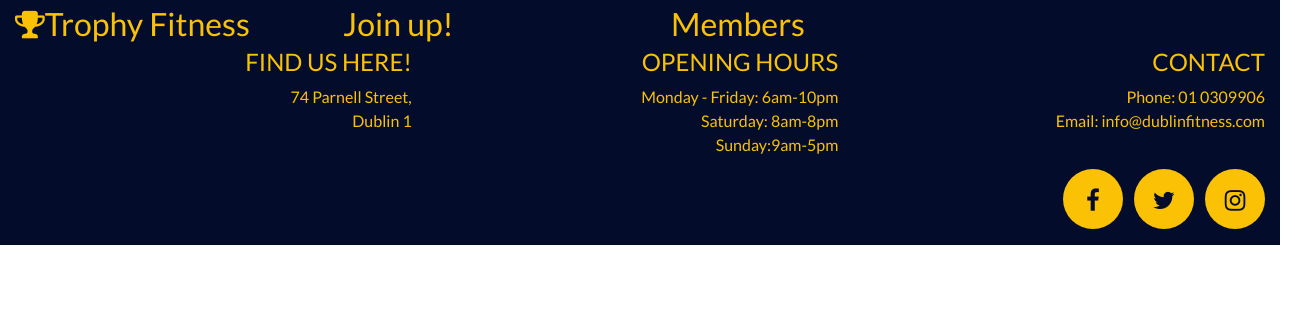
Repository: Code-Institute-Submissions/conbonbom-Milestone-project-1
Page: index.html
The author's editor kept a record of every edit. The page is drawn from the files as they stood at one moment, then again after the next edit.
The browser window is 1280 px wide. The page is 1295 px wide, so the pictures cover 1295 px, including what lies to the right of the window. The pictures show the whole page.

Above is the page before.

### index.html
<!DOCTYPE html>
<html lang="en">

<head>
    <meta charset="UTF-8">
    <meta name="viewport" content="width=device-width, initial-scale=1.0">
    <meta http-equiv="X-UA-Compatible" content="ie=edge">
    <link rel="stylesheet" href="https://stackpath.bootstrapcdn.com/bootstrap/4.3.1/css/bootstrap.min.css" type="text/css" />
    <link rel="stylesheet" href="https://stackpath.bootstrapcdn.com/font-awesome/4.7.0/css/font-awesome.min.css" type="text/css" />
    <link rel="stylesheet" href="Assets/style.css" type="text/css" />
    <title>Document</title>
</head>

<body>
    <header>
       <div class="row">
           <div class="col">
              <ul class="list-inline nav">
                    <li class="col-6 col-sm-3 list-inline-item nav-item">
                        <a target="_blank" href="#">
                         <i class="fa fa-trophy"></i>Trophy Fitness
                     </a>
                    </li>
                    <li class="col-6 col-sm-3 list-inline-item nav-item">
                        <a target="_blank" href="#">
                         Join up!
                     </a>
                    </li>
                    <li class="col-6 col-sm-3 list-inline-item nav-item">
                        <a target="_blank" href="#">
                       Members
                     </a>
                    </li>
           </div>
       </div>
    <section>

    </section>
    <footer class="container-fluid">
        <div class="row">
            <div class="footer-section col-sm-4">
                <h4 class="uppercase">Find us here!</h3>
                <p>74 Parnell Street,<br/>Dublin 1</p>
            </div>
            <div class="footer-section col-sm-4">
                <h4 class="uppercase general-sub">Opening Hours</h3>
                <p>Monday - Friday: 6am-10pm <br/> Saturday: 8am-8pm<br/> Sunday:9am-5pm
                </p>
            </div>
            <div class="footer-section col-sm-4">
                <h4 class="uppercase">Contact</h3>
                <p>Phone: 01 0309906 <br/>
                Email: info@dublinfitness.com
                <ul class="list-inline social">
                    <li class="list-inline-item">
                        <a target="_blank" href="#">
                         <i class="fa fa-facebook"></i>
                     </a>
                    </li>
                    <li class="list-inline-item">
                        <a target="_blank" href="#">
                         <i class="fa fa-twitter"></i>
                     </a>
                    </li>
                    <li class="list-inline-item">
                        <a target="_blank" href="#">
                         <i class="fa fa-instagram"></i>
                     </a>
                    </li>

                </ul>
                <p/>
            </div>
        </div>
    </footer>
</body>

</html>

### Assets/style.css
@import url('https://fonts.googleapis.com/css?family=Lato&display=swap:100, 200, 300, 400, 500, 600, 700');
.uppercase {
    text-transform: uppercase;
}

/*-------------header*/

header {
    background-color: #030d2b;
    height: 100px;
    font-size: 100%;

}

.nav-item a {
    font-family: 'Lato', sans-serif;
    font-size: 2em;
    color: #fac105;
    background-color: #030d2b;
}

.logo {
    font-size: 32px;
    color: white;
}

/*-------------footer*/

footer {
    font-family: 'Lato', sans-serif;
    color: #fac105;
    background-color: #030d2b;
}

.footer-section {
    text-align: right;
    font-weight: 300;

}

.social {
    padding-top: 20px;
}

.social li a i {
    width: 60px;
    height: 60px;
    padding: 24px 0;
    font-size: 24px;
    line-height: 14px;
    border-radius: 50%;
    color: #030d2b;
    background: #fac105;
    text-align: center;
    transition: all 0.5s ease-in-out;
    -moz-transition: all 0.5s ease-in-out;
    -webkit-transition: all 0.5s ease-in-out;
    -o-transition: all 0.5s ease-in-out;
}

.social li a i:hover {
    color: #fac105;
    background: #030d2b;
}

After the next edit:
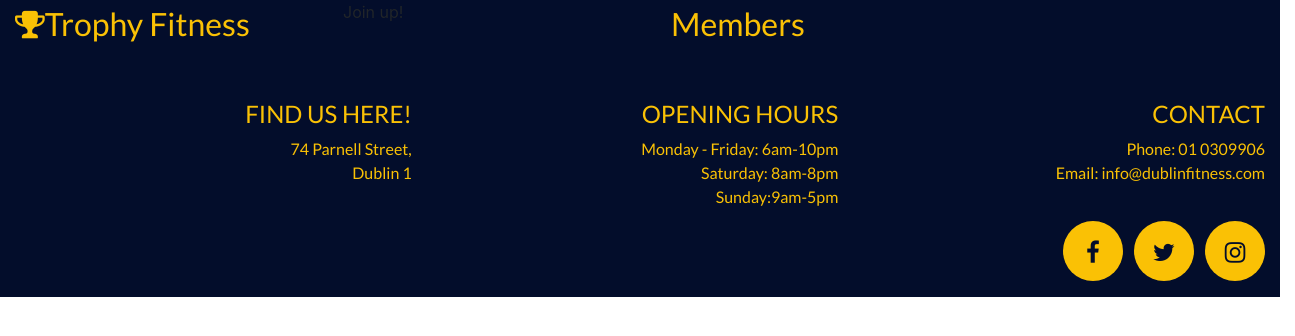
The edit:
--- a/index.html
+++ b/index.html
@@ -13,16 +13,16 @@
 
 <body>
     <header>
-       <div class="row">
-           <div class="col">
-              <ul class="list-inline nav">
+        <div class="row">
+            <div class="col">
+                <ul class="list-inline nav">
                     <li class="col-6 col-sm-3 list-inline-item nav-item">
                         <a target="_blank" href="#">
                          <i class="fa fa-trophy"></i>Trophy Fitness
                      </a>
                     </li>
                     <li class="col-6 col-sm-3 list-inline-item nav-item">
-                        <a target="_blank" href="#">
+
                          Join up!
                      </a>
                     </li>
@@ -31,8 +31,9 @@
                        Members
                      </a>
                     </li>
-           </div>
-       </div>
+            </div>
+        </div>
+    </header>
     <section>
 
     </section>
@@ -40,36 +41,35 @@
         <div class="row">
             <div class="footer-section col-sm-4">
                 <h4 class="uppercase">Find us here!</h3>
-                <p>74 Parnell Street,<br/>Dublin 1</p>
+                    <p>74 Parnell Street,<br/>Dublin 1</p>
             </div>
             <div class="footer-section col-sm-4">
                 <h4 class="uppercase general-sub">Opening Hours</h3>
-                <p>Monday - Friday: 6am-10pm <br/> Saturday: 8am-8pm<br/> Sunday:9am-5pm
-                </p>
+                    <p>Monday - Friday: 6am-10pm <br/> Saturday: 8am-8pm<br/> Sunday:9am-5pm
+                    </p>
             </div>
             <div class="footer-section col-sm-4">
                 <h4 class="uppercase">Contact</h3>
-                <p>Phone: 01 0309906 <br/>
-                Email: info@dublinfitness.com
-                <ul class="list-inline social">
-                    <li class="list-inline-item">
-                        <a target="_blank" href="#">
+                    <p>Phone: 01 0309906 <br/> Email: info@dublinfitness.com
+                        <ul class="list-inline social">
+                            <li class="list-inline-item">
+                                <a target="_blank" href="#">
                          <i class="fa fa-facebook"></i>
                      </a>
-                    </li>
-                    <li class="list-inline-item">
-                        <a target="_blank" href="#">
+                            </li>
+                            <li class="list-inline-item">
+                                <a target="_blank" href="#">
                          <i class="fa fa-twitter"></i>
                      </a>
-                    </li>
-                    <li class="list-inline-item">
-                        <a target="_blank" href="#">
+                            </li>
+                            <li class="list-inline-item">
+                                <a target="_blank" href="#">
                          <i class="fa fa-instagram"></i>
                      </a>
-                    </li>
+                            </li>
 
-                </ul>
-                <p/>
+                        </ul>
+                        <p/>
             </div>
         </div>
     </footer>
